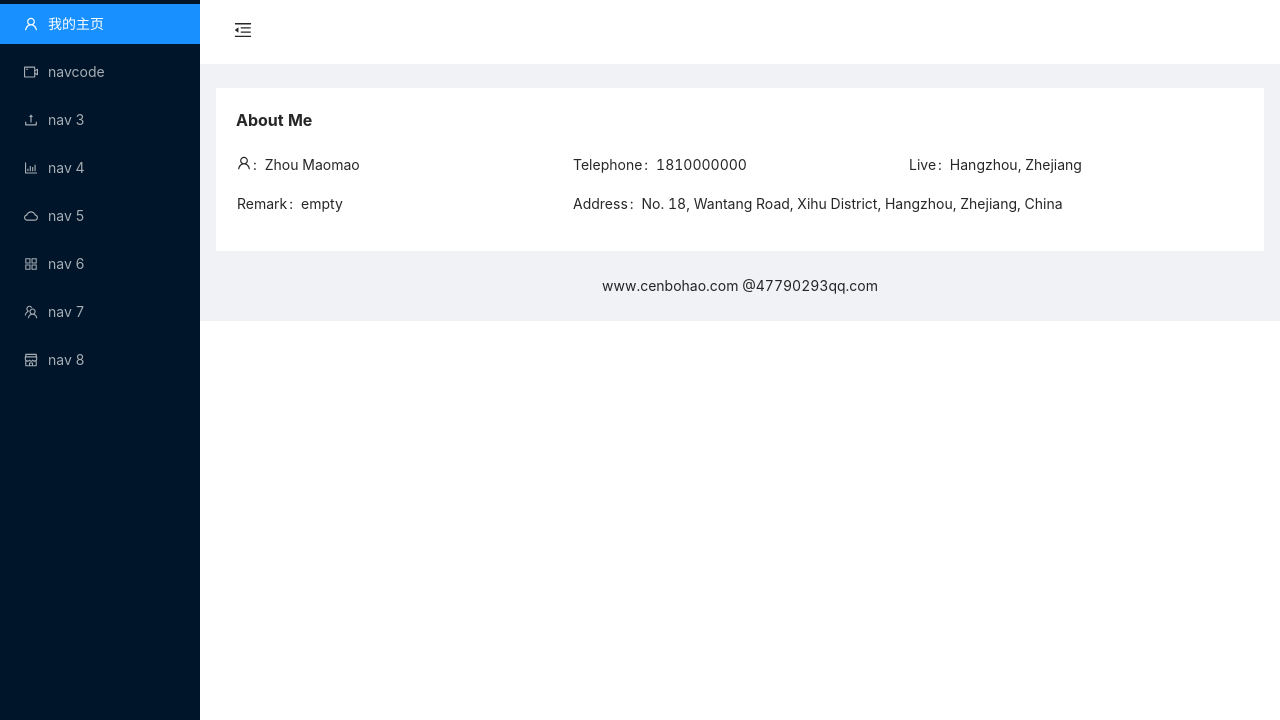
Repository: CBH20010703/bolgsweb
Page: /index (app in blogs/)
The author's editor kept a copy of each file at every save. The page is drawn from the files as they stood at one save, then again after a run of saves.
The browser window is 1280 px wide. The pictures show the whole page.
The project was rebuilt for these pictures with package versions that can differ from the ones it lists, and the page was loaded fresh each time. Also part of the build but not shown: blogs/src/view/Login/Login.jsx, blogs/src/component/Menu/MenuList.css, blogs/src/view/Home/Home.css, blogs/src/view/NavCode/NavCode.css, blogs/src/view/NavCode/NavCode.jsx, blogs/src/view/404/Error.jsx.

Above is the page before, as saved 2021-06-27 22:10:27.

After the next 2 saves:
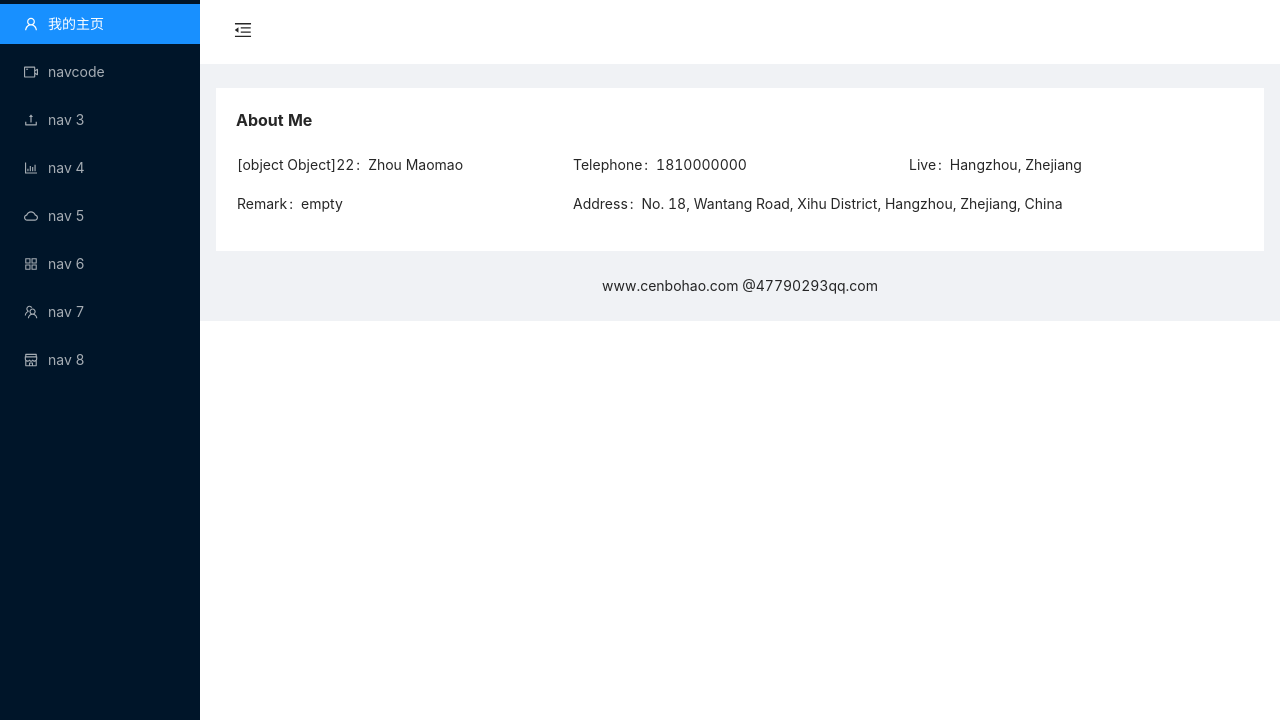
The 2 saves are shown as one change because 1 did not build or start.
The last was saved 24 s later.
--- a/blogs/src/view/Home/Home.jsx
+++ b/blogs/src/view/Home/Home.jsx
@@ -12,7 +12,7 @@ export default class Home extends Component {
 
             <div style={{ padding: "20px" }}>
                 <Descriptions title="About Me">
-                    <Descriptions.Item label={<UserOutlined />}>Zhou Maomao</Descriptions.Item>
+                    <Descriptions.Item label={UserOutlined + "22"}>Zhou Maomao</Descriptions.Item>
                     <Descriptions.Item label="Telephone">1810000000</Descriptions.Item>
                     <Descriptions.Item label="Live">Hangzhou, Zhejiang</Descriptions.Item>
                     <Descriptions.Item label="Remark">empty</Descriptions.Item>
